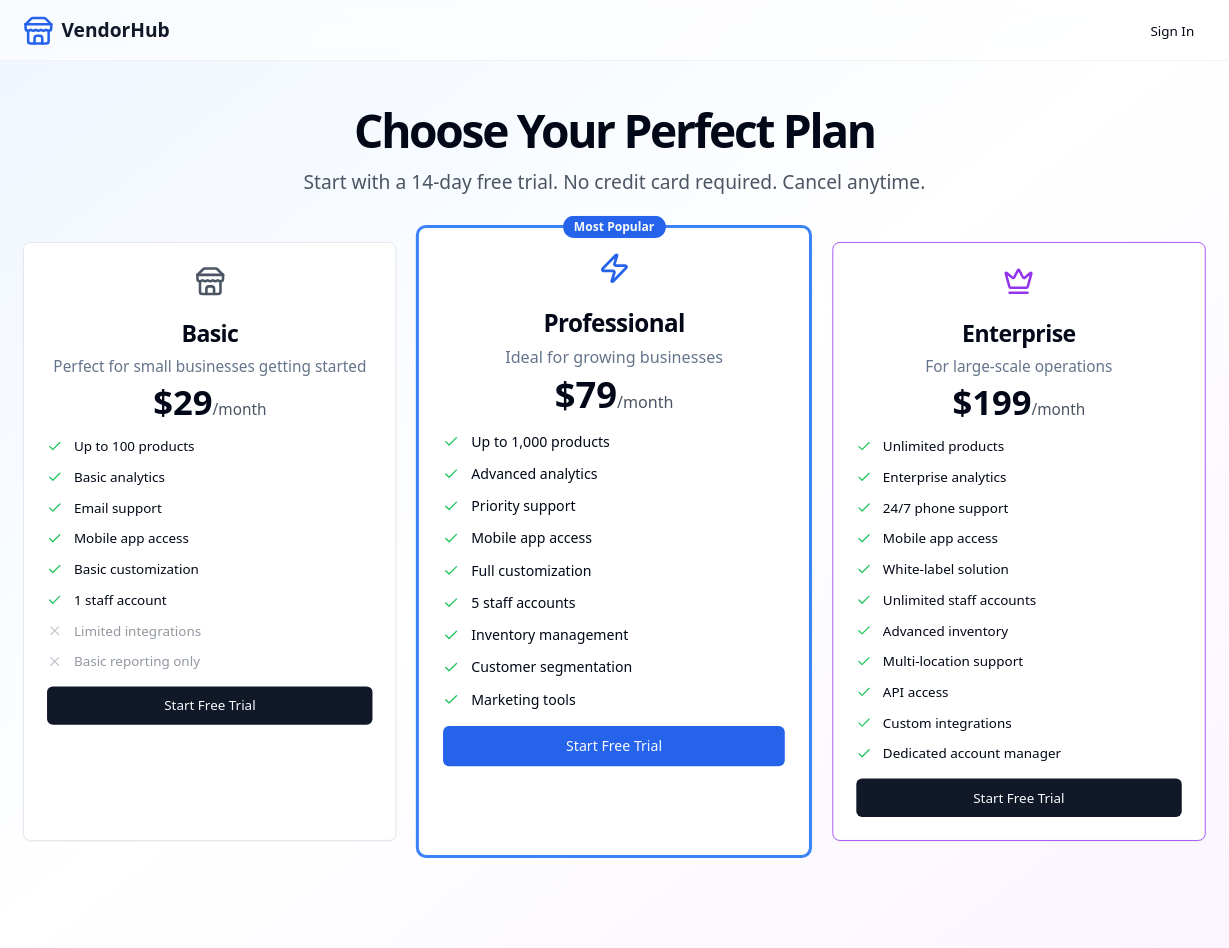
Repository: alokanand524/dukaandar-react
Page: /register
The author's editor kept a copy of each file at every save. The page is drawn from the files as they stood at one save, then again after the next save.
The browser window is 1280 px wide. The pictures show the whole page, at 96% of full size.
The project was rebuilt for these pictures with package versions that can differ from the ones it lists, and the page was loaded fresh each time. Also part of the build but not shown: next.config.mjs, src/components/ui/input.jsx, src/pages/LandingPage.js, src/pages/TrialPage.js, src/components/ui/label.jsx, src/components/ui/separator.jsx, src/pages/LoginPage.js, src/components/Sidebar.js and 6 more.

Above is the page before, as saved 2025-07-18 11:40:11.

After the next save:
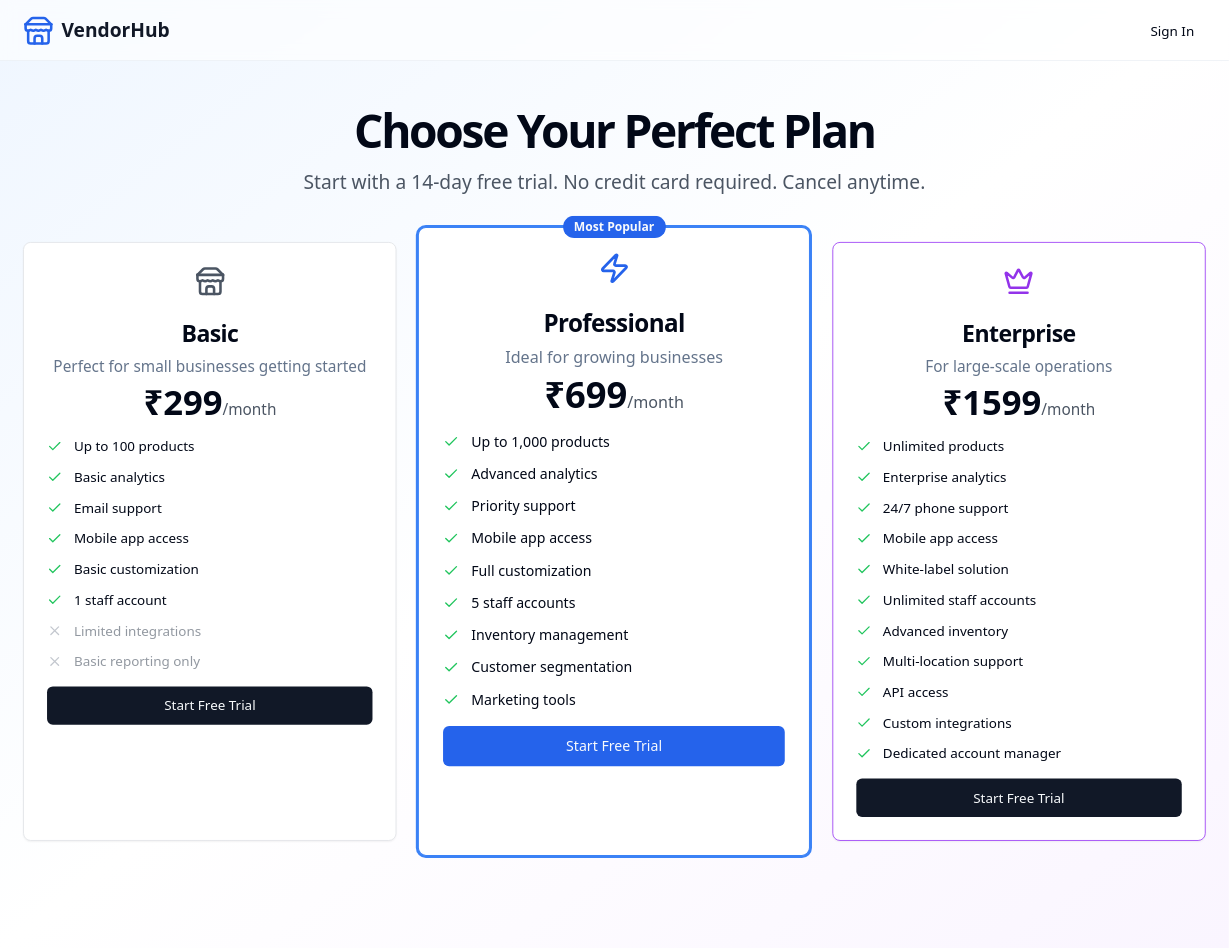
Saved 54 s later.
--- a/src/pages/RegisterPage.js
+++ b/src/pages/RegisterPage.js
@@ -17,7 +17,7 @@
     {
       id: "basic",
       name: "Basic",
-      price: "$29",
+      price: "₹299",
       period: "/month",
       description: "Perfect for small businesses getting started",
       features: [
@@ -35,7 +35,7 @@
     {
       id: "professional",
       name: "Professional",
-      price: "$79",
+      price: "₹699",
       period: "/month",
       description: "Ideal for growing businesses",
       features: [
@@ -56,7 +56,7 @@
     {
       id: "enterprise",
       name: "Enterprise",
-      price: "$199",
+      price: "₹1599",
       period: "/month",
       description: "For large-scale operations",
       features: [
